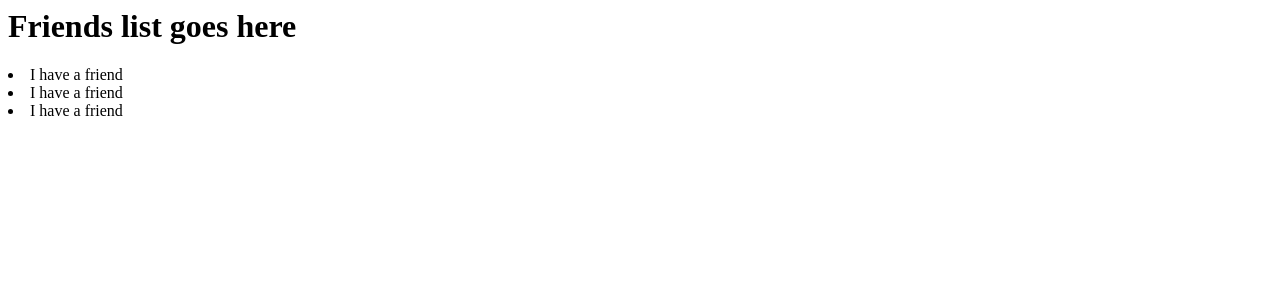
Repository: Patrick-Erath/Aplusmazing
Page: http://localhost/friends
The author's editor kept a record of every edit. The page is drawn from the files as they stood at one moment, then again after the next edit.
The browser window is 1280 px wide. The pictures show the whole page.
The page is served by the project's Node server (MoreExpress/PostRequestDemo/app.js).

Above is the page before.

### workspace/MoreExpress/PostRequestDemo/views/friends.ejs
<h1>Friends list goes here </h1>

<% friends.forEach(function(friends){ %>
    <li>I have a friend</li>
<% }); %>

### workspace/MoreExpress/PostRequestDemo/app.js
var express = require ("express");
var app = express();

app.set("view engine", "ejs");

// root route
app.get("/", function(req, res){
    res.render("home");
});

// post route, (remeber )
app.post("/addfriend", function(req, res){
   console.log(req.body);
   res.send("Currently at post route");
});

app.get("/friends", function(req, res){
    var friends = ["Hani", "Waleed", "Oliver"];
    res.render("friends", {friends: friends});
});

app.listen(process.env.PORT, process.env.IP, function(){
    console.log("Server Launched");
})

After the next edit:
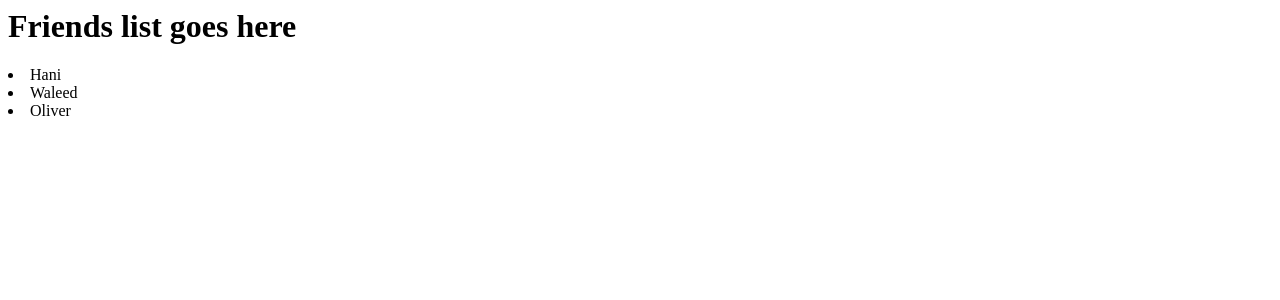
The edit:
--- a/workspace/MoreExpress/PostRequestDemo/views/friends.ejs
+++ b/workspace/MoreExpress/PostRequestDemo/views/friends.ejs
@@ -1,5 +1,5 @@
 <h1>Friends list goes here </h1>
 
-<% friends.forEach(function(friends){ %>
-    <li>I have a friend</li>
+<% friends.forEach(function(friendName){ %>
+    <li><%= friendName %></li>
 <% }); %>
